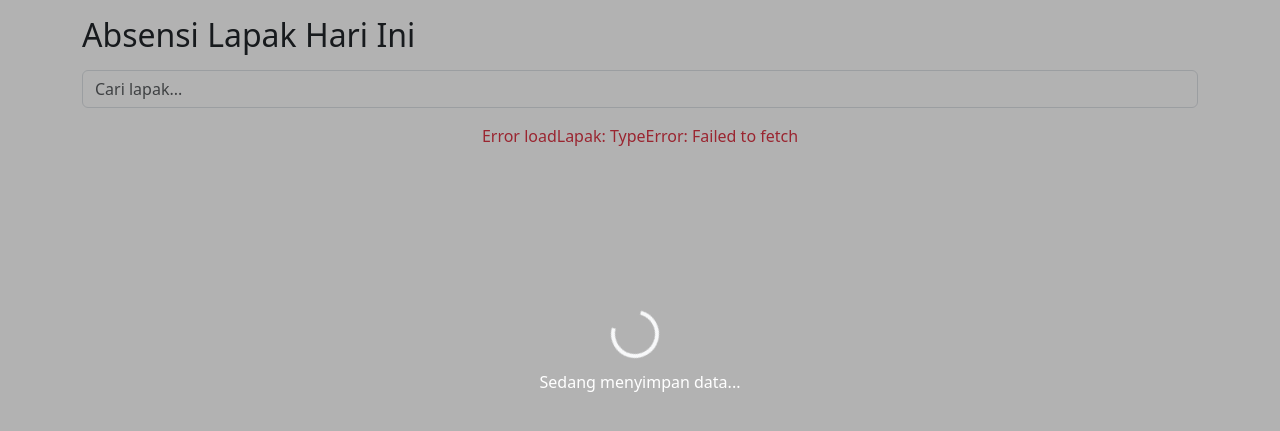
Repository: pasarrakyatbak/absensi
Page: index.html
An editor plug-in stored every save of this project. The page is shown before and after the next save, followed by the edit.
The browser window is 1280 px wide. The pictures show the whole page.
The page's requests for data from a server got no answer.

Above is the page before, as saved 2025-09-22 00:29:23.

### index.html
<!DOCTYPE html>
<html lang="id">

<head>
    <meta charset="UTF-8">
    <meta name="viewport" content="width=device-width, initial-scale=1.0">
    <title>Absensi Lapak</title>
    <link href="https://cdn.jsdelivr.net/npm/bootstrap@5.3.2/dist/css/bootstrap.min.css" rel="stylesheet">
    <link rel="stylesheet" href="style.css">
</head>

<body class="p-3">

    <div class="container">
        <h2 class="mb-3">Absensi Lapak Hari Ini</h2>
        <input type="text" id="searchInput" class="form-control mb-3" placeholder="Cari lapak...">
        <div class="row" id="lapakContainer"></div>
    </div>

    <!-- Modal Absensi -->
    <div id="absensiModal">
        <div class="modal-content">
            <p id="absensiInfo"></p>
            <button class="btn btn-success" id="modalAbsenBtn">Absen Sekarang</button>
            <button class="btn btn-secondary" onclick="closeAbsensiModal()">Tutup</button>
        </div>
    </div>

    <!-- Loader -->
    <div id="absensiLoading" class="d-flex">
        <div class="loader-content text-center">
            <div class="spinner-border text-light" role="status" style="width:3rem;height:3rem;"></div>
            <p id="absensiLoadingText" class="text-white mt-2">Sedang memproses...</p>
        </div>
    </div>


    <script src="script.js"></script>
</body>

</html>

### style.css
.lapak-card {
    cursor: pointer;
    transition: transform 0.2s;
}

.lapak-card:hover:not(.disabled) {
    transform: scale(1.05);
}

.disabled {
    pointer-events: none;
    opacity: 0.7;
}

#absensiModal {
    display: none;
    position: fixed;
    top: 0;
    left: 0;
    width: 100%;
    height: 100%;
    background: rgba(0, 0, 0, 0.5);
    justify-content: center;
    align-items: center;
    z-index: 9999;
}

#absensiModal .modal-content {
    background: #fff;
    padding: 20px;
    border-radius: 8px;
    width: 300px;
    text-align: center;
}

#absensiLoading {
    display: none;
    position: fixed;
    top: 0;
    left: 0;
    width: 100%;
    height: 100%;
    background: rgba(0, 0, 0, 0.3);
    justify-content: center;
    align-items: center;
    z-index: 9998;
}

#absensiLoading .spinner-border {
    margin-right: 10px;
}

### script.js
const API_URL = "https://script.google.com/macros/s/AKfycby4z2qZ24SrJkcyGpybH29lSUC_3_z1LG-7wSmTzpaOEXrwjXf0Cl3hqkg95qAxPj1-/exec";
let lapakData = [];
let currentLapakId = null;

// Cek hari
const isSunday = new Date().getDay() === 0; // 0 = Minggu

// Loader
function showAbsensiLoading(show, text = "Sedang menyimpan data...") {
    const loader = document.getElementById("absensiLoading");
    const loadingText = document.getElementById("absensiLoadingText");
    if (!loader || !loadingText) return;
    loader.style.display = show ? "flex" : "none"; // pastikan display
    loadingText.textContent = text;
}

// Load semua lapak
async function loadLapak() {
    showAbsensiLoading(true, "Sedang memuat data lapak...");

    try {
        const res = await fetch(API_URL + "?action=listLapak");
        const json = await res.json();

        if (!json.success) {
            console.error("Gagal load lapak:", json.message);
            document.getElementById("lapakContainer").innerHTML = `<p class="text-center text-danger">Gagal load data: ${json.message}</p>`;
            showAbsensiLoading(false);
            return;
        }

        lapakData = json.data.map(lapak => ({
            ...lapak,
            statusAbsensi: lapak.statusAbsensi || ""
        }));

        renderLapak(lapakData);
        showAbsensiLoading(false);

    } catch (err) {
        console.error("Error loadLapak:", err);
        document.getElementById("lapakContainer").innerHTML = `<p class="text-center text-danger">Error loadLapak: ${err}</p>`;
        showAbsensiLoading(false);
    }
}

// Render card lapak
function renderLapak(data) {
    const container = document.getElementById("lapakContainer");
    container.innerHTML = "";

    if (data.length === 0) {
        container.innerHTML = `<p class="text-center">Tidak ada data lapak.</p>`;
        return;
    }

    data.forEach(lapak => {
        const statusHadir = (lapak.statusAbsensi || "").includes("✅");

        const card = document.createElement("div");
        card.className = "col-md-4 col-sm-6 mb-3";
        card.innerHTML = `
            <div class="card lapak-card shadow-sm ${statusHadir ? 'disabled' : ''}"
                 data-no-lapak="${lapak.noLapak}" data-nama-lapak="${lapak.nama}">
                <div class="card-body text-center">
                    <h5 class="card-title">Lapak ${lapak.noLapak}</h5>
                    <p class="card-text">${lapak.nama}</p>
                    <p class="status-text ${statusHadir ? 'text-success' : 'text-danger'}">
                        ${statusHadir ? "✅ Hadir" : "❌ Belum"}
                    </p>
                </div>
            </div>
        `;

        const cardEl = card.querySelector(".lapak-card");

        if (!statusHadir && cardEl) {
            if (isSunday) {
                cardEl.addEventListener("click", () => openAbsensiModal(lapak.noLapak, lapak.nama));
                cardEl.addEventListener("dblclick", () => absenLapak(lapak.noLapak));
            } else {
                cardEl.style.cursor = "not-allowed";
            }
        }

        container.appendChild(card);
    });
}

// Modal
function openAbsensiModal(lapakId, lapakName) {
    const modal = document.getElementById("absensiModal");
    const info = document.getElementById("absensiInfo");
    currentLapakId = lapakId;
    if (info) info.textContent = `Absensi untuk Lapak ${lapakId} - ${lapakName}`;
    modal.style.display = "flex";
}
function closeAbsensiModal() {
    const modal = document.getElementById("absensiModal");
    if (modal) modal.style.display = "none";
}

// Absen dari modal
document.getElementById("modalAbsenBtn").addEventListener("click", () => {
    if (currentLapakId) absenLapak(currentLapakId);
    closeAbsensiModal();
});

// Fungsi absen optimistik + update lokal
async function absenLapak(noLapak) {
    if (!isSunday) {
        alert("❌ Absensi hanya bisa dilakukan hari Minggu.");
        return;
    }

    showAbsensiLoading(true, "Menyimpan absensi...");

    const card = document.querySelector(`.lapak-card[data-no-lapak="${noLapak}"]`);
    if (!card) {
        showAbsensiLoading(false);
        return;
    }
    const statusText = card.querySelector(".status-text");

    const oldText = statusText.textContent;
    const oldClass = statusText.className;

    statusText.textContent = "✅ Hadir";
    statusText.classList.remove("text-danger");
    statusText.classList.add("text-success");
    card.classList.add("disabled");

    try {
        const res = await fetch(API_URL, {
            method: "POST",
            headers: { "Content-Type": "application/x-www-form-urlencoded" },
            body: new URLSearchParams({
                action: "absen",
                noLapak,
                password: "panitia123"
            })
        });
        const json = await res.json();

        if (!json.success) {
            statusText.textContent = oldText;
            statusText.className = oldClass;
            card.classList.remove("disabled");
            alert(json.message || "❌ Gagal menyimpan absensi.");
        } else {
            const lapakIndex = lapakData.findIndex(l => String(l.noLapak) === String(noLapak));
            if (lapakIndex > -1) {
                lapakData[lapakIndex].statusAbsensi = "✅ Hadir";
                renderLapak(lapakData);
            }
        }
    } catch (err) {
        statusText.textContent = oldText;
        statusText.className = oldClass;
        card.classList.remove("disabled");
        alert("❌ Gagal menyimpan absensi.");
    }

    showAbsensiLoading(false);
}

// Search filter
document.getElementById("searchInput").addEventListener("input", (e) => {
    const keyword = e.target.value.toLowerCase();
    const filtered = lapakData.filter(l =>
        l.noLapak.toString().toLowerCase().includes(keyword) ||
        l.nama.toLowerCase().includes(keyword)
    );
    renderLapak(filtered);
});

// Load pertama kali
loadLapak();

After the next save:
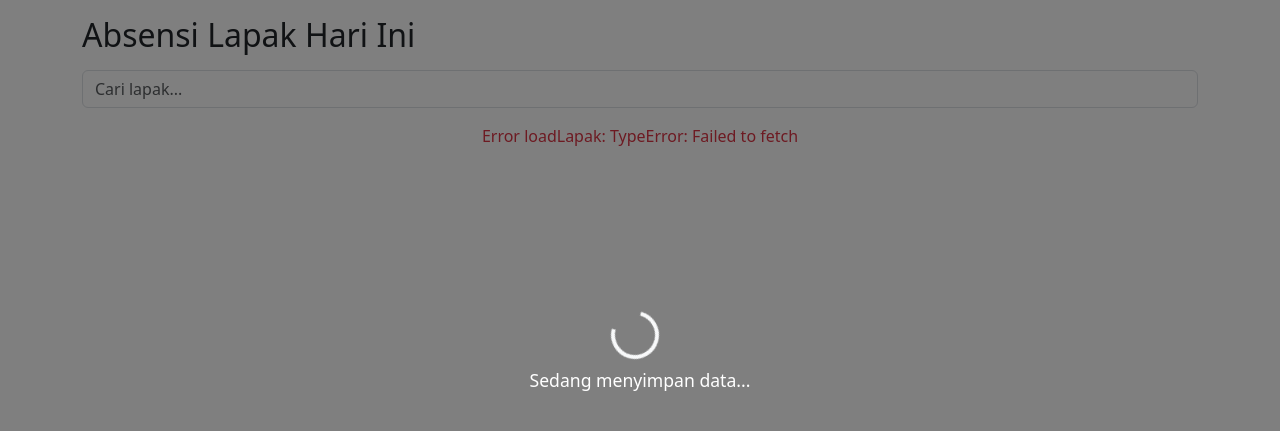
Saved 16 s later.
--- a/style.css
+++ b/style.css
@@ -33,17 +33,41 @@
     text-align: center;
 }
 
+/* Loader full-screen */
 #absensiLoading {
     display: none;
+    /* default sembunyi */
     position: fixed;
     top: 0;
     left: 0;
     width: 100%;
     height: 100%;
-    background: rgba(0, 0, 0, 0.3);
+    background: rgba(0, 0, 0, 0.5);
+    /* transparan gelap */
     justify-content: center;
     align-items: center;
-    z-index: 9998;
+    z-index: 9999;
+}
+
+/* Konten loader */
+#absensiLoading .loader-content {
+    display: flex;
+    flex-direction: column;
+    align-items: center;
+    justify-content: center;
+}
+
+/* Spinner lebih besar & responsif */
+#absensiLoading .spinner-border {
+    width: 3rem;
+    height: 3rem;
+}
+
+/* Text loader */
+#absensiLoadingText {
+    margin-top: 10px;
+    font-size: 1.1rem;
+    font-weight: 500;
 }
 
 #absensiLoading .spinner-border {
